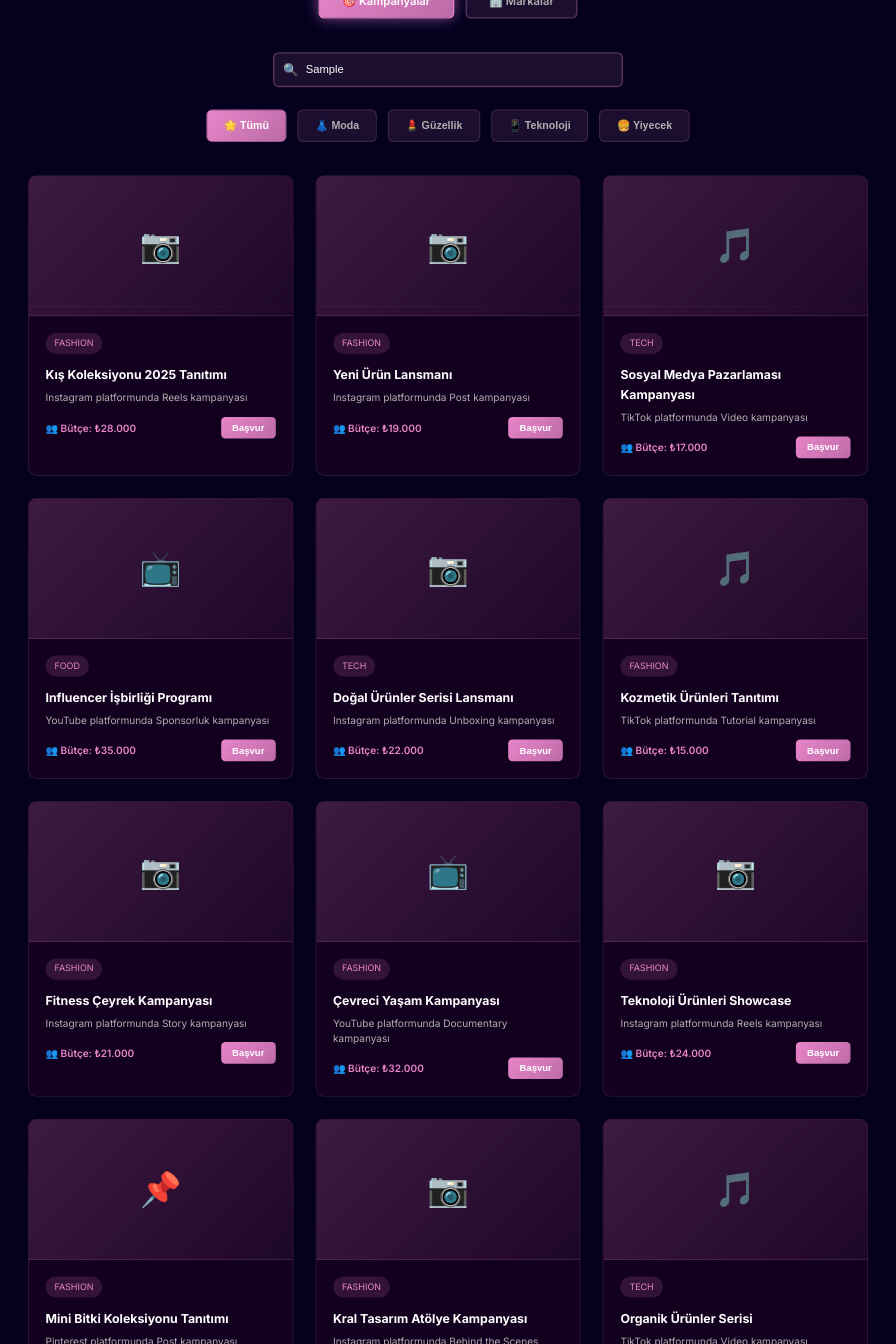
Repository: Selennguveen/metverse_website
Page: kesfetForInf.html
These files come from the project's save history. The page is drawn as it stood at one moment and after the next save; the edit follows.
The browser window is 1280 px wide. The pictures show the part of the page from y = 442 to 2362 px (the page is 5669 px tall before and 1150 px after), at 70% of full size.
Empty fields were first filled with sample values (such as "Sample", 5 or name@example.com).
After loading, the first visible `#campaignSearchInput` was changed once.

Above is the page before, as saved 2025-12-21 15:22:18.
Console error: ReferenceError: handleCampaignSearch is not defined

After the next save:
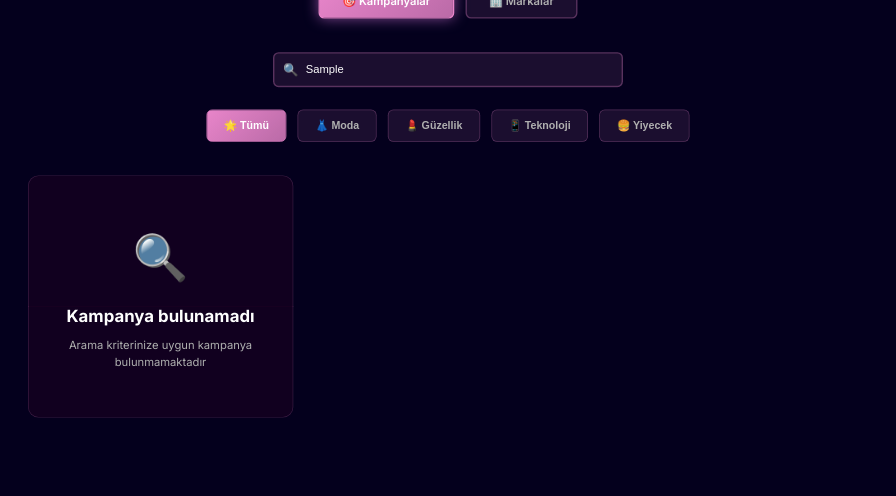
The error is gone.
Saved 5 s later.
--- a/kesfetForInf.html
+++ b/kesfetForInf.html
@@ -662,6 +662,7 @@
         }
 
         function filterCampaigns(category) {
+            currentCampaignFilter = category;
             // Aktif button'ı güncelle
             document.querySelectorAll('#campaigns-tab .filter-btn').forEach(btn => {
                 btn.classList.remove('active');
@@ -684,6 +685,18 @@
             // Markaları filtrele
             displayBrands(category);
             console.log('🔍 Markalar filtrelendi:', category);
+        }
+
+        function handleCampaignSearch() {
+            const searchInput = document.getElementById('campaignSearchInput');
+            currentCampaignSearchQuery = searchInput.value.toLowerCase().trim();
+            displayCampaigns(currentCampaignFilter);
+        }
+
+        function handleBrandSearch() {
+            const searchInput = document.getElementById('brandSearchInput');
+            currentBrandSearchQuery = searchInput.value.toLowerCase().trim();
+            displayBrands(currentBrandFilter);
         }
 
         async function applyCampaign(campaignId) {
